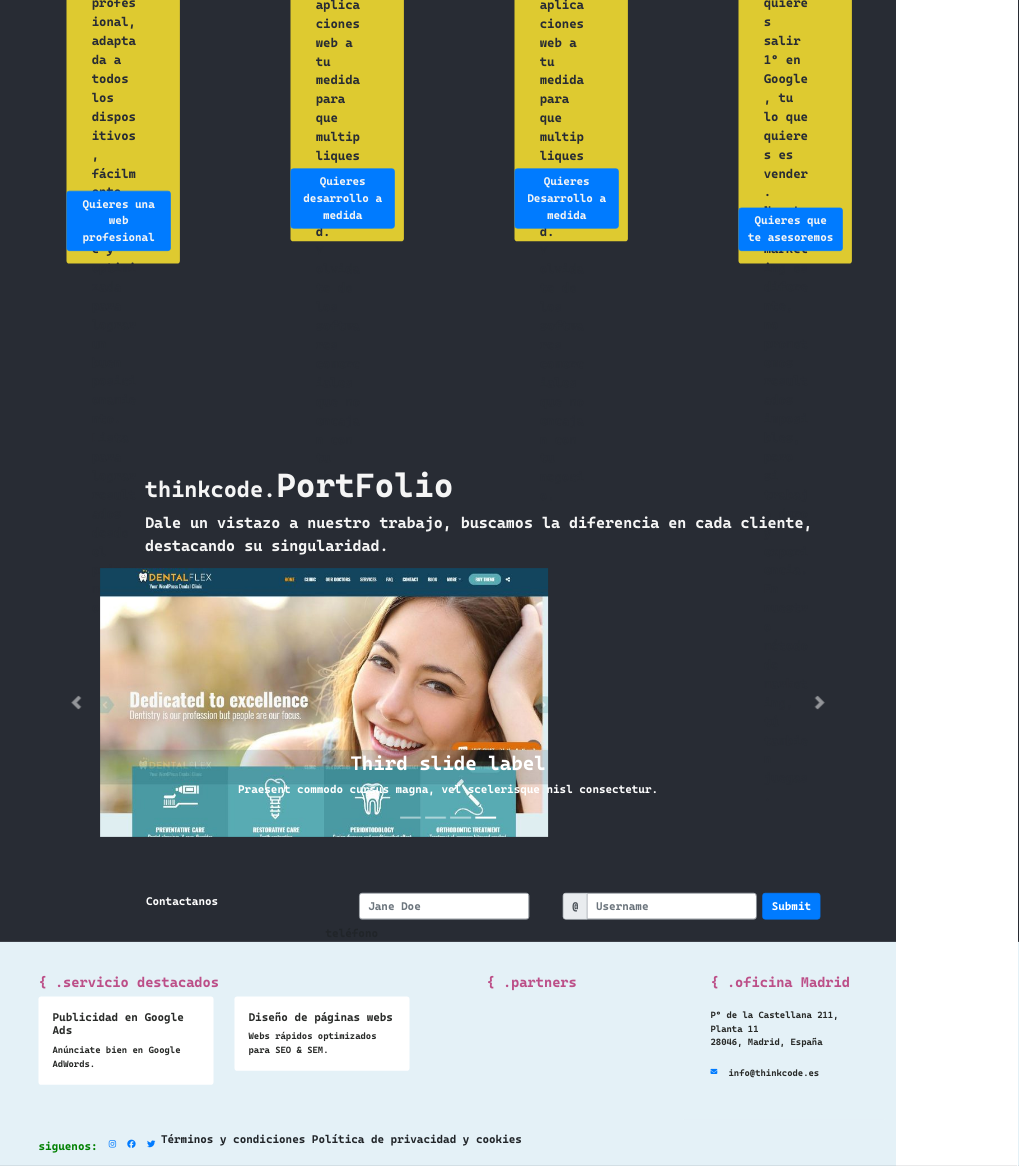
Repository: banchiec/thinkcode
Page: /
The author's editor kept a copy of each file at every save. The page is drawn from the files as they stood at one save, then again after the next save.
The browser window is 1280 px wide. The page is 1455 px wide, so the pictures cover 1455 px, including what lies to the right of the window. The pictures show the part of the page from y = 1571 to 3251 px (the page is 3237 px tall before and 3251 px after), at 70% of full size.
Some web libraries are served in a nearby version. The project was rebuilt for these pictures with package versions that can differ from the ones it lists, and the page was loaded fresh each time. Also part of the build but not shown: src/components/MenuItems.js, src/components/Dropdownthink.css, src/components/Dropdownthink.js, src/components/pages/Consulting.js, src/components/pages/ContactUs.js, src/components/pages/Marketing.js, src/components/pages/Products.js, src/components/pages/Services.js and 1 more. Imported but missing from the stored project, and not drawn on this page: src/components/sliderInfo/SliderInfo.

Above is the page before, as saved 2020-11-30 14:25:31.

### public/index.html
<!DOCTYPE html>
<html lang="en">
  <head>
    <meta charset="utf-8" />
    <link rel="icon" href="%PUBLIC_URL%/favicon.ico" />
    <meta name="viewport" content="width=device-width, initial-scale=1" />
    <meta name="theme-color" content="#000000" />
    <meta
      name="description"
      content="Web site created using create-react-app"
    />
    <link rel="apple-touch-icon" href="%PUBLIC_URL%/logo192.png" />

    <!-- fontawesome -->
    <script src="https://kit.fontawesome.com/e7a02c1b14.js" crossorigin="anonymous"></script>
    <!-- jquery -->
    <script src="https://code.jquery.com/jquery-2-2.0.min.js"></script>
    <!--
      manifest.json provides metadata used when your web app is installed on a
      user's mobile device or desktop. See https://developers.google.com/web/fundamentals/web-app-manifest/
    -->
    <link rel="manifest" href="%PUBLIC_URL%/manifest.json" />
    <!--
      Notice the use of %PUBLIC_URL% in the tags above.
      It will be replaced with the URL of the `public` folder during the build.
      Only files inside the `public` folder can be referenced from the HTML.

      Unlike "/favicon.ico" or "favicon.ico", "%PUBLIC_URL%/favicon.ico" will
      work correctly both with client-side routing and a non-root public URL.
      Learn how to configure a non-root public URL by running `npm run build`.
    -->
    <title>React App</title>
  </head>
  <body>
    <noscript>You need to enable JavaScript to run this app.</noscript>
    <div id="root"></div>
    <!--
      This HTML file is a template.
      If you open it directly in the browser, you will see an empty page.

      You can add webfonts, meta tags, or analytics to this file.
      The build step will place the bundled scripts into the <body> tag.

      To begin the development, run `npm start` or `yarn start`.
      To create a production bundle, use `npm run build` or `yarn build`.
    -->


  </body>
</html>

### src/index.css
body {
  margin: 0;
  font-family: -apple-system, BlinkMacSystemFont, 'Segoe UI', 'Roboto', 'Oxygen',
    'Ubuntu', 'Cantarell', 'Fira Sans', 'Droid Sans', 'Helvetica Neue',
    sans-serif;
  -webkit-font-smoothing: antialiased;
  -moz-osx-font-smoothing: grayscale;
}

code {
  font-family: source-code-pro, Menlo, Monaco, Consolas, 'Courier New',
    monospace;
}
@font-face{
  font-family: 'CascadiaCode-Bold';
  src: local('CascadiaCode-Bold'), url(./fonts/CascadiaCode-Bold.ttf)
}

### src/App.js
import './App.css';
// import logo_thinkcode from './logo_thinkcode.png'
import React, {} from 'react'
import 'animate.css'
import Navbarthink from './components/Navbarthink'
import InfoSection from './components/infoSection/InfoSection'
import Pricing from './components/pricing/Pricing'
import Footer from './components/footer/Footer'
import Slide from './components/slide/Slide'
import FormContact from './components/forms/FormContact'
import {BrowserRouter as Router, Switch, Route} from 'react-router-dom'


// import Button  from 'react-bootstrap/Button'
// import 'bootstrap/dist/css/bootstrap.min.css'

// import {Navbar,Button, Nav , NavLink} from 'react-bootstrap'

import Consulting from './components/pages/Consulting'
import ContactUs from './components/pages/ContactUs'
import Home from './components/pages/Home'
import Marketing from './components/pages/Marketing'
import Products from './components/pages/Products'
import Services from './components/pages/Services'
import SignUp from './components/pages/SignUp'
// import InfoSection from './components/infoSection/InfoSection';

function App() {

  // const [click, setClick] = useState(false)
  // const [dropdown, setDropdown] = useState(false)




  return (
    <div className="App">
      <Router>
        <Navbarthink/>
        <Switch>
          <Route path='/consulting' exact component ={Consulting}></Route>
          <Route path='/contact-us' exact component ={ContactUs}></Route>
          <Route path='/' exact component ={Home}></Route>
          <Route path='/marketing' exact component ={Marketing}></Route>
          <Route path='/products' exact component ={Products}></Route>
          <Route path='/services' exact component ={Services}></Route>
          <Route path='/sign-up' exact component ={SignUp}></Route>
        </Switch>
        <InfoSection></InfoSection>
        <Pricing></Pricing>
        <Slide/>
        <FormContact></FormContact>
        <Footer/>
      </Router>

    </div>
  );
}

export default App;

### src/App.css
*{
  box-sizing: border-box;
  margin: 0;
  padding: 0;
  font-family: CascadiaCode-Bold;
  /* background: #282c34 ; */
  /* background: linear-gradient(90deg, rgb(76, 80, 88) 100%, rgb(8, 8, 9) 0%); */
}

.App {
  text-align: center;
  background: #282c34 ;
}

.App-logo {
  height: 40vmin;
  pointer-events: none;
}

.home, .services, .products,.contact-us,.sign-up, .marketing, .consulting{
  display: flex;
  height: 90vh;
  align-items: center;
  justify-content: center;
  font-size: 3rem;
}





@media (prefers-reduced-motion: no-preference) {
  .App-logo {
    animation: App-logo-spin infinite 20s linear;
  }
}

.App-header {
  background-color: #282c34;
  min-height: 100vh;
  display: flex;
  flex-direction: column;
  align-items: center;
  justify-content: center;
  font-size: calc(10px + 2vmin);
  color: white;
}

.App-link {
  color: #61dafb;
}

@keyframes App-logo-spin {
  from {
    transform: rotate(0deg);
  }
  to {
    transform: rotate(360deg);
  }
}

### src/components/Navbarthink.js
import React, { useState} from 'react'
import logo_thinkcode from '../images/logo_thinkcode.png'
// import logo_thinkcode from '../images/logo_thinkcode.png'
import { Buttonthink} from './Buttonthink'
import {Link} from 'react-router-dom'
import './Navbarthink.css'
import Dropdownthink from './Dropdownthink'

export default function Navbarthink(){
    const [click, setClick] = useState(false)
    const [dropdown, setDropdown] = useState(false)

    const handleClick = () => setClick(!click)
    const closeMobileMenu = () => setClick(false)

    const onMouseEnter = () =>{
        if(window.innerWidth < 960) {
        setDropdown(false)
        } else {
        setDropdown(true)
        }
    }
    const onMouseLeave = () =>{
        if(window.innerWidth < 960) {
        setDropdown(false)
        } else {
        setDropdown(false)
        }
    }

    return(
        <>
            <nav className="navbarthink">
                <Link to='/' className="navbar-logo">
                    {/* thinkcode */}
                    <img alt="" src={logo_thinkcode} width="300" height="40"></img>
                </Link>
                <div className='menu-icon' onClick={handleClick}>
                    <i className={click ? 'fas fa-times' : 'fas fa-bars'}
                    />
                </div>
                <ul className={ click ? 'nav-menu active' : 'nav-menu'}>

                    <li className='nav-item'>
                        <Link to='/' className='nav-links' onClick={closeMobileMenu}>
                            Home
                        </Link>
                    </li>
                    <li className='nav-item'
                        onMouseEnter={onMouseEnter}
                        onMouseLeave={onMouseLeave}
                        // onClick={handleClick}
                        >
                        <Link to='/services' className='nav-links' onClick={closeMobileMenu}>
                           Services
                           <i className='fas fa-caret-down' />
                        </Link>
                        {dropdown && <Dropdownthink/>}
                    </li>
                    <li className='nav-item'>
                        <Link to='/products' className='nav-links' onClick={closeMobileMenu}>
                            Products
                        </Link>
                    </li>
                    <li className='nav-item'>
                        <Link to='/contact-us' className='nav-links' onClick={closeMobileMenu}>
                           Contact Us
                        </Link>
                    </li>
                    <li className='nav-item'>
                        <Link to='/sign-up' className='nav-links-mobile' onClick={closeMobileMenu}>
                           Sign up
                        </Link>
                    </li>

                </ul>
                <Buttonthink />
            </nav>
        </>
    )

}

### src/components/infoSection/InfoSection.js
import React from 'react'
// import {AlltextInfoSection} from './AlltextInfoSection'
import imagensvg3 from '../../images/imagensvg3.svg'
import 'bootstrap/dist/css/bootstrap.min.css'
import './infoSection.css'
import {Col, Container,Row,} from 'react-bootstrap'

export default function InfoSection() {

    return (
            <Container fluid  className="content-infoSection">
                <Row>
                    {
                        // AlltextInfoSection.map((item,index) => {
                        //     return (
                        //         <Row>
                        //         <Col  md={6} lg={6} >
                        //             {/* <h1 key={index}>{item.firstTitle}</h1> */}
                        //             <div className="content-text-infoSection">
                        //                 <h2 >{item.firstTitle}<span className="text-title-infoSection animate__animated animate__fadeInLeft animate__delay-1s">{item.secundTitle}</span></h2>
                        //                 <p className="text-infoSection">{item.text}</p>
                        //             </div>
                        //         </Col>
                        //         <Col  md={6} lg={6}  >
                        //             <img  className="imagensvg-infoSection" alt="" src={imagensvg3}></img>
                        //         </Col>
                        //         </Row>
                        //     )
                        // })
                    }

                    <Col  md={6} lg={6} >
                        <div className="content-text-infoSection">
                            <h2 >thinkcode.<span className="text-title-infoSection animate__animated animate__fadeInLeft animate__delay-1s">developers</span></h2>
                            <p className="text-infoSection">Diseño y desarrollo de aplicaciones y páginas web para tu negocio o proyecto.
                            Disfrutamos mucho con lo que hacemos, compruébalo.</p>
                        </div>
                    </Col>
                    <Col  md={6} lg={6}  >
                        <img  className="imagensvg-infoSection" alt="" src={imagensvg3}></img>
                    </Col>

                </Row>

            </Container >
            // <Container fluid  className="content-infoSection">
            //     <Row>
            //         <Col  md={6} lg={6} >
            //             <div className="content-text-infoSection">
            //                 <h2 >thinkcode.<span className="text-title-infoSection animate__animated animate__fadeInLeft animate__delay-1s">developers</span></h2>
            //                 <p className="text-infoSection">Diseño y desarrollo de aplicaciones y páginas web para tu negocio o proyecto.
            //                 Disfrutamos mucho con lo que hacemos, compruébalo.</p>
            //             </div>
            //         </Col>
            //         <Col  md={6} lg={6}  >
            //             <img  className="imagensvg-infoSection" alt="" src={imagensvg3}></img>
            //         </Col>

            //     </Row>

            // </Container >
    )
}

### src/components/forms/FormContact.js
import React from 'react'
import { Container, Col, Row, Form, InputGroup,Button, FormControl } from 'react-bootstrap'

export default function FormContact() {
    return (
        <div>
            <Container >
                <Row>
                    <Col lg ={4} md={4}>
                        <div className="text-contactanos text-white">
                            Contactanos
                        </div>
                    </Col>
                    <Col lg={8} className ="container-form" md={8}>
                        <Form inline>
                            <Form.Label htmlFor="inlineFormInputName2" className="" srOnly>
                                Name
                            </Form.Label>
                            <Form.Control
                                className="mb-2 mr-sm-5 ml-5"
                                id="inlineFormInputName2"
                                placeholder="Jane Doe"
                            />
                            <Form.Label htmlFor="inlineFormInputGroupUsername2" srOnly>
                                Username
                            </Form.Label>
                            <InputGroup className="mb-2 mr-sm-2">
                                <InputGroup.Prepend>
                                <InputGroup.Text>@</InputGroup.Text>
                                </InputGroup.Prepend>
                                <FormControl id="inlineFormInputGroupUsername2" placeholder="Username" />
                            </InputGroup>
                            <Button type="submit" className="mb-2">
                                Submit
                            </Button>
                        </Form>
                        <Form inline>
                            <Form.Label>
                                teléfono

                            </Form.Label>


                        </Form>
                    </Col>
                </Row>

            </Container>

        </div>
    )
}

### src/components/pages/Home.js
import React,{useEffect} from 'react'
import '../sliderInfo/SliderInfo'

export default function Home() {

    useEffect(()=>{
    })
    return (
        <div>
            {/* <InfoSection></InfoSection> */}
            {/* <Pricing></Pricing> */}
            {/* <Slide/> */}
            {/* <Footer/> */}

           {/* <h1 className='consulting' >Thinkcode</h1> */}
        </div>
    )
}

### src/components/Buttonthink.js
import React  from 'react'
import './Buttonthink.css'
import {Link} from 'react-router-dom'

export function Buttonthink() {
        return (
            <Link to ='sing-up'>
               <button className='btnthink'>Sign think </button>
            </Link>
        )
}

### src/components/Navbarthink.css
.navbarthink{
  /* background: linear-gradient(9deg, rgb(66, 80, 88) 0%, rgb(8, 8, 9) 100%); */
  background: #282c34;

  height: 80px;
  display: flex;
  justify-content: center;
  align-items: center;
  font-size: 1.2rem;
}

.navbar-logo {
  color: #fff;
  justify-self: start;
  margin-left: 40px;
  cursor: pointer;
  text-decoration: none;
}

.fa-firstdraft {
  margin-left: 0.5rem;
  font-size: 1.6rem;
}

.nav-menu {
  display: grid;
  grid-template-columns: repeat(5, auto);
  grid-gap: 10px;
  list-style: none;
  text-align: center;
  width: 70vw;
  justify-content: end;
  margin-right: 2rem;
}

.nav-item {
  display: flex;
  align-items: center;
  height: 80px;
}

.nav-links {
  color: white;
  text-decoration: none;
  padding: 0.5rem 1rem;
}

.nav-links:hover {
  background-color: #1888ff;
  border-radius: 4px;
  transition: all 0.2s ease-out;
}

.fa-bars {
  color: #fff;
}

.nav-links-mobile {
  display: none;
}

.menu-icon {
  display: none;
}

@media screen and (max-width: 960px) {
  /* .text-propuesta {
    margin-top: 12rem;
  } */

  .fa-caret-down {
    display: none;
  }
  .NavbarItems {
    position: relative;
  }

  .nav-menu {
    display: flex;
    flex-direction: column;
    width: 100%;
    height: 90vh;
    position: absolute;
    top: 80px;
    left: -100%;
    opacity: 1;
    transition: all 0.9s ease;
  }

  .nav-menu.active {
    background: #2a2c30;
    left: 0;
    opacity: 1;
    transition: all 0.5s ease;
    z-index: 1;
  }

  .nav-links {
    text-align: center;
    padding: 2rem;
    width: 100%;
    display: table;
  }

  .nav-links:hover {
    background-color: #1888ff;
    border-radius: 0;
  }

  .navbar-logo {
    position: absolute;
    top: 0;
    left: 0;
    transform: translate(25%, 50%);
  }

  .menu-icon {
    display: block;
    position: absolute;
    top: 0;
    right: 0;
    transform: translate(-100%, 60%);
    font-size: 1.8rem;
    cursor: pointer;
  }

  .fa-times {
    color: #fff;
    font-size: 2rem;
  }

  .nav-links-mobile {
    display: block;
    text-align: center;
    padding: 1.5rem;
    margin: 2rem auto;
    border-radius: 4px;
    width: 80%;
    background: #1888ff;
    text-decoration: none;
    color: #fff;
    font-size: 1.5rem;
  }

  .nav-links-mobile:hover {
    background: #fff;
    color: #1888ff;
    transition: 250ms;
  }

  button {
    display: none;
  }
}

### src/components/infoSection/infoSection.css
.content-infoSection {
    /* padding: 0; */
    margin-top: 150px;
    background: #282c34 ;
    height: 700px;
    /* border: 1px solid rebeccapurple; */
}
.content-text-infoSection {
    margin-left: 12rem;
    margin-top: 8rem;
    text-align: start;
    /* border: 0; */
    /* padding: 0; */
    /* border: 1px solid whitesmoke; */
    color: whitesmoke;
}
.imagensvg-infoSection {
    padding: 0;
    /* border-right: 5px; */
    width: 800px;

}
.text-title-infoSection{
    font-size: 3rem;
    /* size: 12px; */
}
.text-infoSection {
    font-size: 22px;
}
@media screen and (max-width: 960px) {
    .content-infoSection {
        margin-top: 0px;
    }
    .text-infoSection{
        margin-top: 3rem;
        margin-left: 1rem;
        margin-right: 1rem;
    }
    .imagensvg-infoSection{
        margin-top: 5rem;
        width: 500px;
    }
    .content-text-infoSection {
        margin-left: 1rem;
    }
    .text-propuesta {
        margin-top: 15rem;
    }

}

### src/components/pricing/Pricing.css
.container-pricing {
    /* background-color: whitesmoke; */
    /* border: 1px solid white; */
    /* height:  800px; */
    background: linear-gradient(90deg, rgb(76, 80, 88) 100%, rgb(66, 66 66) 0%);
    /* z-index: -1; */
}
.container-card{
    padding-top: 4rem;
    align-content: center;
    padding: auto;
    text-align: start;
    /* height: 600px; */
    /* background-color: violet; */
    /* color: transparent; */
}
.card-pricing {
    /* width: 34rem; */
    margin-left: 5rem;
    background: #deca30;
    /* background: #3b4454; */
    /* background: linear-gradient(90deg, rgb(224, 242, 241) 0%, rgb(255, 255, 255) 100%); */
    margin-right: 3rem;
    height: 52rem;
}
.card-left {
    margin-top: 4rem;
}
.card-right {
    margin-top: 4rem;
}
.card-button {
    /* margin-top: 3rem; */
    /* margin-left: 13rem; */
    position: absolute;
    right: 13px;
    bottom: 18px;
    color: whitesmoke;
}
.text-card {
    padding-top: 1.5rem;
    padding-left: 1rem;
    padding-right: 2.5rem;
    color: #282c34;
    font-size: 18px;
}
.image-pricing {
    height: 15rem;
    width: 80%;
    align-self: center;
}
.title-card {
    /* padding-top: 0.2rem; */
    padding-left: 1rem;
    color: #282c34;
    font-size: 28px;
}
.text-propuesta {
    margin: 0 0.5rem;
    animation: bounce;
    animation-duration: 2s;
    color: whitesmoke;
    font-size: 3rem;
}

@media screen and (max-width: 960px){
    .text-propuesta{
        margin-top: 12rem;
    }
}

### src/components/footer/Footer.css
.container-footer {
    border: 0;
    /* padding: 0; */
    /* border: 1px solid green; */
    height: auto;
    background: #e4f1f7;
}
.card{
    /* padding-bottom: 22px; */
    border: 0;
    /* background: white; */
    text-align: left;
    font-size: small;
    width: auto;
    /* background: #deca30; */
}
.card-footer {
    padding-top: 10px;
    padding-bottom: 22px;
    border: 0;
    color: #282a28;
    background: #e4f1f7;
}
.text-card-footer  {
    padding: 0;
    margin-top: 1.5rem;
    font-size: small;
    text-align: start;
}
.title-footer{
    text-align: left;
    font-size: medium;
}
.title-card-footer {
    margin-top: 1rem;
    text-align: left;
    color: #bc4f88;
}
.pin-ic{
    margin-top: 12px;
    margin: 8px;
    position:center;
}

.pin-ic-enveloped{
    margin-top: 12px;
    /* margin: 8px; */
    margin-right: 1rem;
    position:center;
}
.iconos-redes-sociales{
    position: relative;
    margin-left: 2.5rem;
}
.text-siguenos{
    margin-top: 10px;
    margin-right: 8px;
    color: green;

}

### src/components/slide/Slide.css
.container-slider {
    margin-top: 10rem;
    border-top: 5rem;
    margin-bottom: 5rem;
}
.d-block {
    margin-left: 8rem;
    width: 40rem;
    height: 24rem;
    /* border:1px solid green; */
}

.container-secundary-slider .d-block {
    width: 20rem;
    height: 12rem;
    margin-left: 2rem;


}
.carousel-large {
    width: 100%;
}
@media screen and (max-width: 960px) {
    .d-block {
        margin-left: auto;
    }

}

### src/components/Buttonthink.css
:root{
    --primary: #1888ff;
}
.btnthink{
    padding: 8px 20px;
    border-radius: 4px;
    outline: none;
    border: none;
    font-size: 18px;
    color: #fff;
    cursor: pointer;
    background-color: var(--primary);
}
.btnthink:hover {
    padding: 6px 18px;
    transition: all 1.5s ease-out;
    background-color: transparent;
    color: #2a2a2a;
    border-radius: 4px;
    border: 2px solid var(--primary)
}

Loaded but not shown: src/index.js (common file); src/components/footer/Footer.js (102 lines, source omitted); src/components/pricing/Pricing.js (84 lines, source omitted); src/components/slide/Slide.js (84 lines, source omitted)

After the next save:
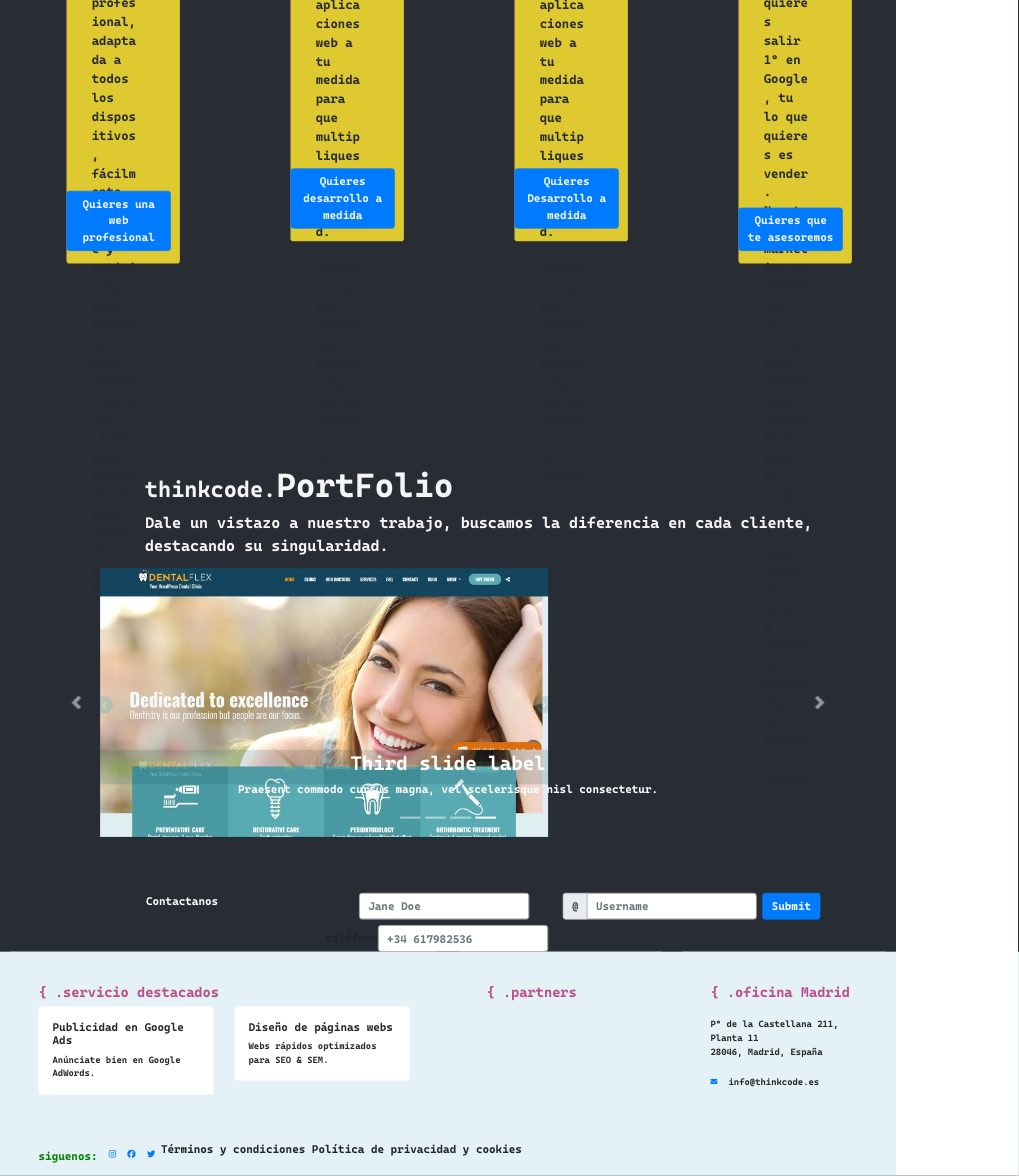
Saved 3 min 12 s later.
--- a/src/components/forms/FormContact.js
+++ b/src/components/forms/FormContact.js
@@ -35,10 +35,16 @@ export default function FormContact() {
                             </Button>
                         </Form>
                         <Form inline>
-                            <Form.Label>
+                            <Form.Label htmlFor="inlineFormImputName3">
                                 teléfono
+                            </Form.Label>
+                            <Form.Control
+                                id="inlineFormImputName3"
+                                placeholder="+34 617982536"
+                            >
 
-                            </Form.Label>
+
+                            </Form.Control>
 
 
                         </Form>
